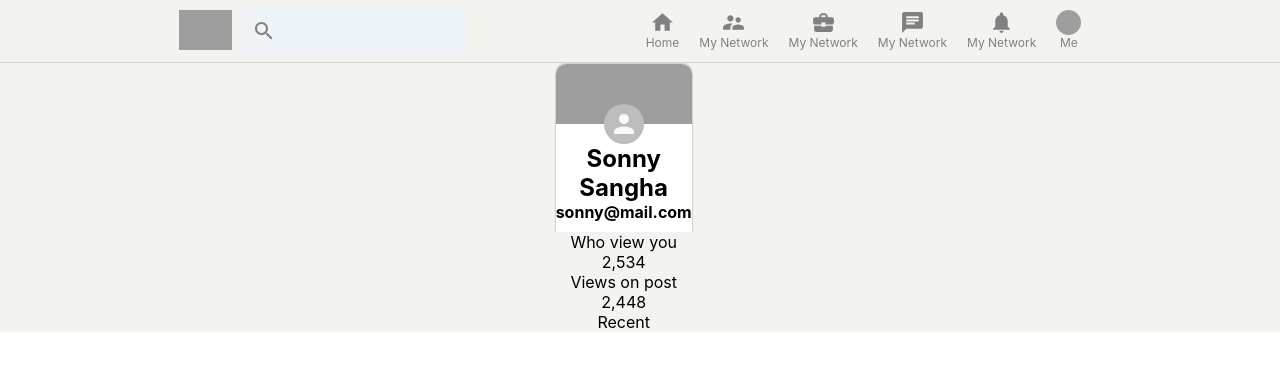
Repository: joaogamarra/linkedin-clone
Page: /
The author's editor kept a copy of each file at every save. The page is drawn from the files as they stood at one save, then again after the next save.
The browser window is 1280 px wide. The pictures show the whole page.
Pictures or frames that could not be fetched are drawn as grey boxes. The project was rebuilt for these pictures with package versions that can differ from the ones it lists, and the page was loaded fresh each time.

Above is the page before, as saved 2021-02-18 19:49:14.

After the next save:
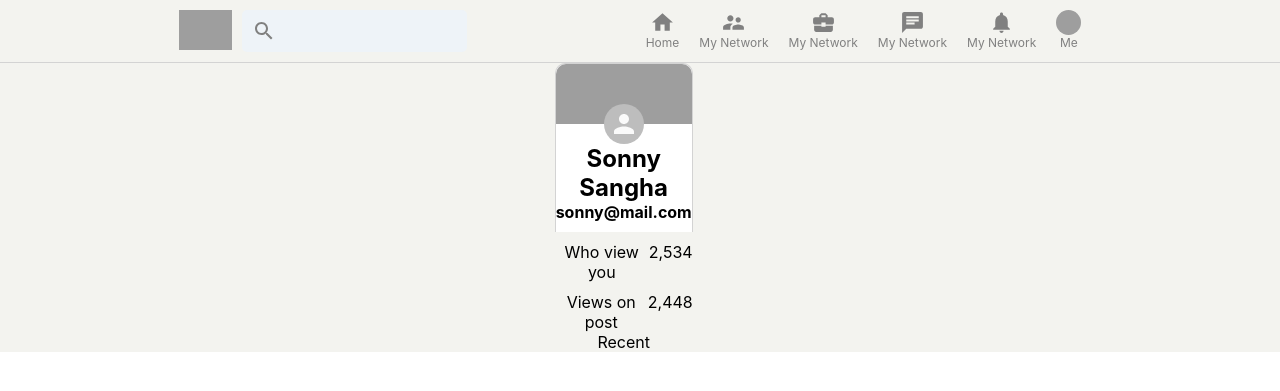
Saved 102 s later.
--- a/src/components/sidebar/Sidebar.css
+++ b/src/components/sidebar/Sidebar.css
@@ -30,3 +30,9 @@
 	border-top-left-radius: 10px;
 	border-top-right-radius: 10px;
 }
+
+.sidebar__stat {
+	margin-top: 10px;
+	display: flex;
+	justify-content: space-between;
+}
